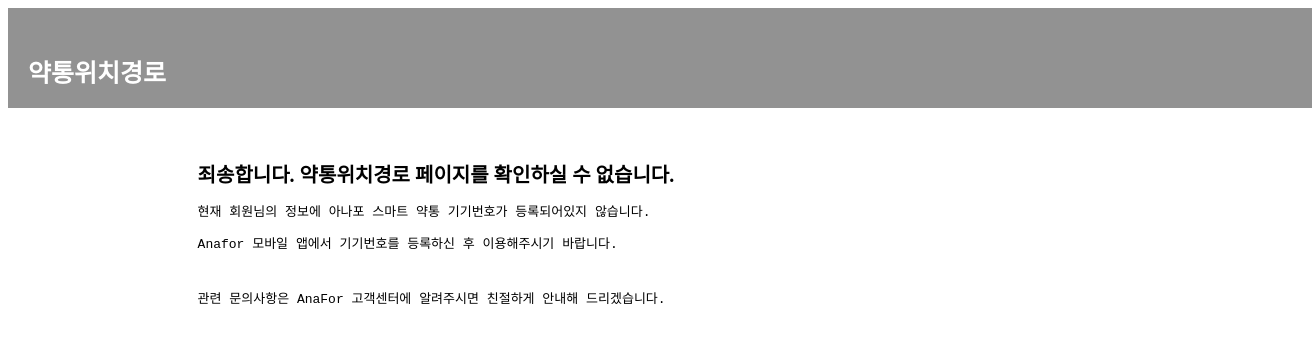
Repository: euzny/Spring-Website
Page: http://localhost/anafor/WEB-INF/views/my_info/notAccept.jsp
The author's editor kept a copy of each file at every save. The page is drawn from the files as they stood at one save, then again after a run of saves.
The browser window is 1280 px wide. The page is 1312 px wide, so the pictures cover 1312 px, including what lies to the right of the window. The pictures show the whole page.
The page is served by Tomcat 9. Nobody is signed in. The template is opened directly, without the code that normally fills it, so the values that code supplies are empty.

Above is the page before, as saved 2022-06-23 02:35:41.

After the next 2 saves:
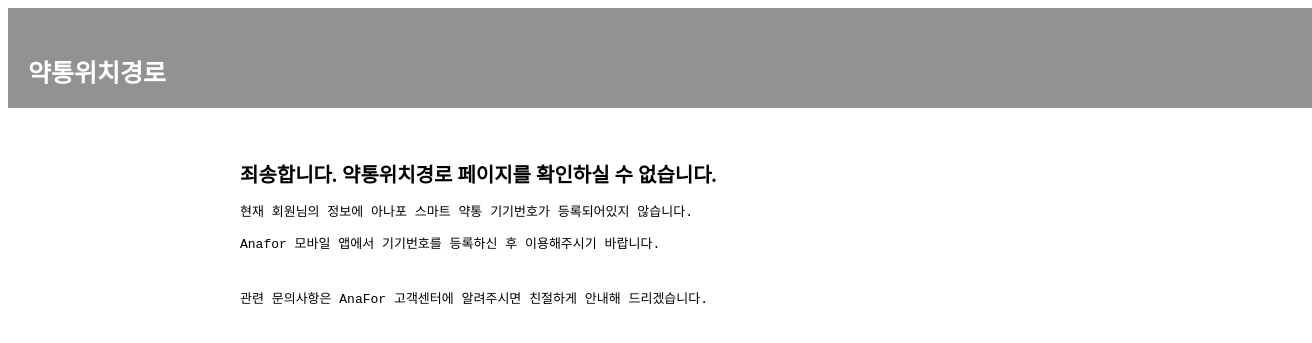
The 2 saves are shown as one change because they came seconds apart.
The last was saved 44 s later.
--- a/Workspace/anafor/src/main/webapp/WEB-INF/views/my_info/notAccept.jsp
+++ b/Workspace/anafor/src/main/webapp/WEB-INF/views/my_info/notAccept.jsp
@@ -21,7 +21,7 @@
 	}
 
 	#notice{
-		width : 70%;
+		width : 800px;
 		margin: 50px auto;
 	}
 	#notice h3{
